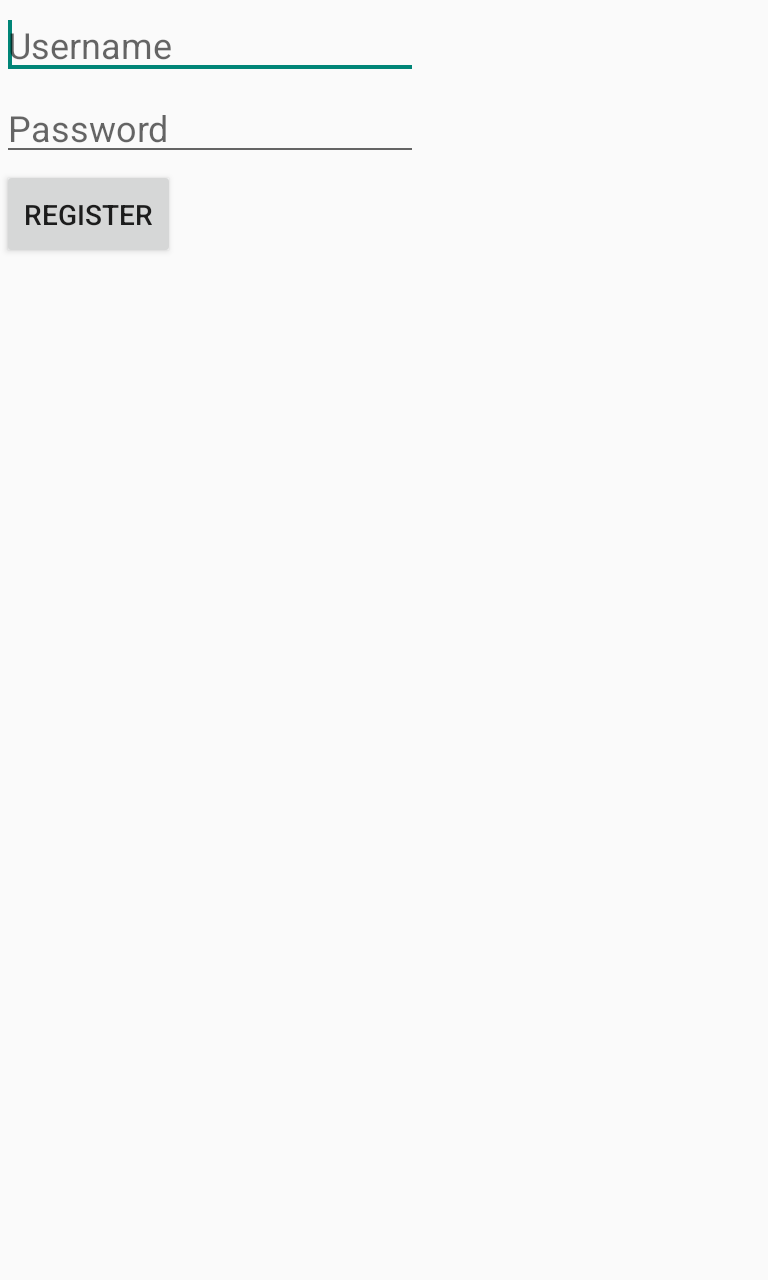
Repository: andrei-pl/PhotoWorld
Layout: Login/res/layout/register_layout.xml
The author's editor kept a copy of each file at every save. The layout is drawn from the files as they stood at one save, then again after the next save.
It is drawn on a 768 x 1280 px phone screen (xhdpi) without system bars, with theme AppTheme; the app's code is not run.

Above is the layout before, as saved 2014-10-11 00:28:48.

### Login/res/layout/register_layout.xml
<?xml version="1.0" encoding="utf-8"?>
<RelativeLayout xmlns:android="http://schemas.android.com/apk/res/android"
    android:layout_width="match_parent"
    android:layout_height="match_parent" >

    <EditText
        android:id="@+id/editText1"
        android:layout_width="wrap_content"
        android:layout_height="wrap_content"
        android:layout_alignParentLeft="true"
        android:layout_alignParentTop="true"
        android:ems="10"
        android:hint="Username" >

        <requestFocus />
    </EditText>

    <EditText
        android:id="@+id/editText2"
        android:layout_width="wrap_content"
        android:layout_height="wrap_content"
        android:layout_alignParentLeft="true"
        android:layout_below="@+id/editText1"
        android:ems="10"
        android:hint="Password"
        android:inputType="textPassword" />

    <Button
        android:id="@+id/btnRegister"
        android:layout_width="wrap_content"
        android:layout_height="wrap_content"
        android:layout_alignParentLeft="true"
        android:layout_below="@+id/editText2"
        android:text="Register" />

</RelativeLayout>

Loaded but not shown: Login/res/values/styles.xml (common file); Login/res/values-v11/styles.xml (common file); Login/res/values-v14/styles.xml (common file)

After the next save:
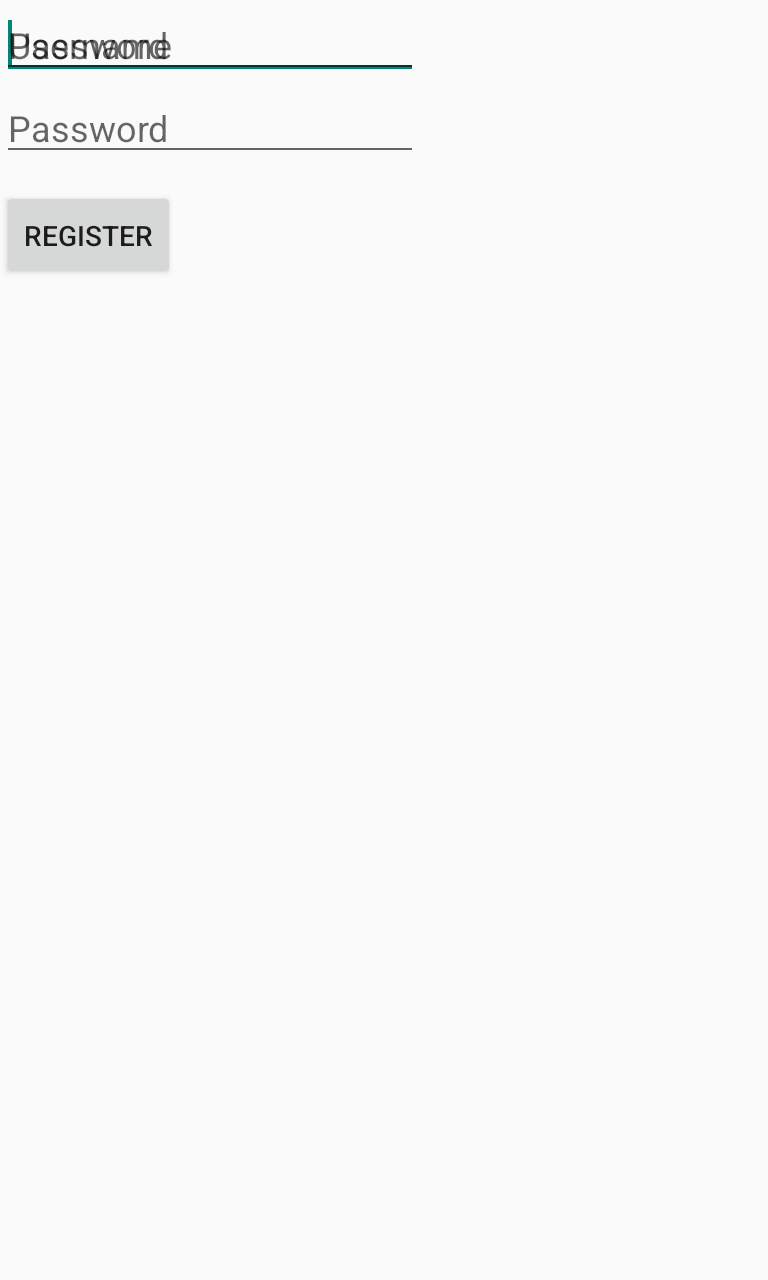
Saved 91 s later.
--- a/Login/res/layout/register_layout.xml
+++ b/Login/res/layout/register_layout.xml
@@ -25,12 +25,23 @@
         android:hint="Password"
         android:inputType="textPassword" />
 
+    <EditText
+        android:id="@+id/editText2"
+        android:layout_width="wrap_content"
+        android:layout_height="wrap_content"
+        android:layout_alignParentLeft="true"
+        android:layout_below="@+id/editText2"
+        android:ems="10"
+        android:hint="Password"
+        android:inputType="textPassword" />
+
     <Button
         android:id="@+id/btnRegister"
         android:layout_width="wrap_content"
         android:layout_height="wrap_content"
         android:layout_alignParentLeft="true"
         android:layout_below="@+id/editText2"
+        android:layout_marginTop="52dp"
         android:text="Register" />
 
 </RelativeLayout>
